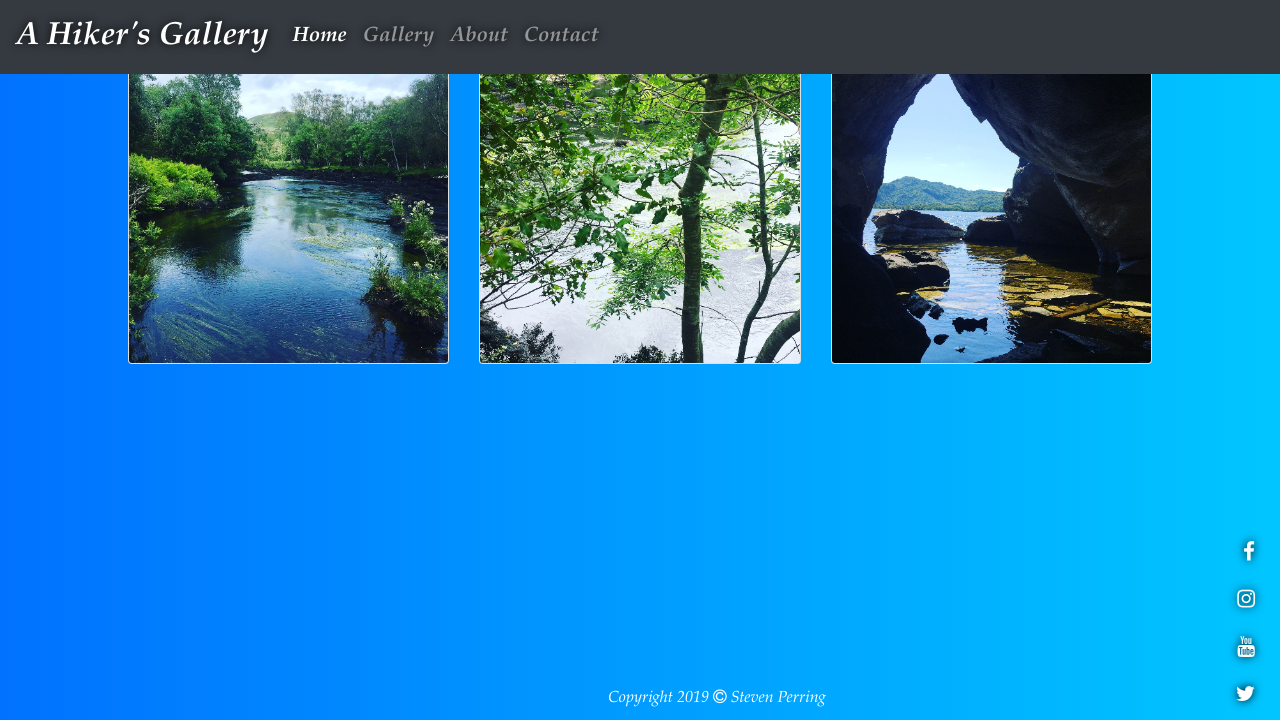
Repository: S-Perring/hiker
Page: gallery.html
The author's editor kept a record of every edit. The page is drawn from the files as they stood at one moment, then again after the next edit.
The browser window is 1280 px wide. The pictures show the whole page.
Some web fonts or font styles are not loaded; a fallback is used.

Above is the page before.

### gallery.html
<!DOCTYPE html>
<html lang="en">
<head>
    <meta charset="UTF-8">
    <meta name="viewport" content="width=device-width, initial-scale=1.0">
    <meta http-equiv="X-UA-Compatible" content="ie=edge">
    <link rel="stylesheet" href="https://stackpath.bootstrapcdn.com/bootstrap/4.3.1/css/bootstrap.min.css" type="text/css" />
    <link rel="stylesheet" href="https://stackpath.bootstrapcdn.com/font-awesome/4.7.0/css/font-awesome.min.css" type="text/css" />
    <link rel="stylesheet" href="https://cdnjs.cloudflare.com/ajax/libs/font-awesome/4.7.0/css/font-awesome.min.css">
    <link rel="stylesheet" href="css/style.css" type="text/css" />
    <title>Hiker's Gallery</title>
</head>

<body>

<header>
  <nav class="navbar fixed-top navbar-expand-sm navbar-dark bg-dark scrolling-navbar">
    <a class="navbar-brand" href="#"><strong>A Hiker's Gallery</strong></a>
    <button class="navbar-toggler" type="button" data-toggle="collapse" data-target="#navbarSupportedContent"
      aria-controls="navbarSupportedContent" aria-expanded="false" aria-label="Toggle navigation">
      <span class="navbar-toggler-icon"></span>
    </button>
    <div class="collapse navbar-collapse" id="navbarSupportedContent">
      <ul class="navbar-nav">
        <li class="nav-item active">
          <a class="nav-link" href="index.html">Home <span class="sr-only">(current)</span></a>
        </li>
        <li class="nav-item">
          <a class="nav-link" href="gallery.html">Gallery</a>
        </li>
        <li class="nav-item">
          <a class="nav-link" href="about.html">About</a>
        </li>
        <li class="nav-item">
          <a class="nav-link" href="contact.html">Contact</a>
        </li>
      </ul>
    </div>
  </nav>

</header>


            <div class="container-gallery">

                <div class="card-deck">

                    <div class="card">
                        <img src="css/images/1.JPG" class="card-img-top"
                            alt="Lighthouse on top of a cliff at sunset">
                        </div>

                    <div class="card">
                        <img src="css/images/2.JPG" class="card-img-top"
                            alt="Cliffs by the sea at sunset with a bright moon">
                        </div>


                    <div class="card">
                        <img src="css/images/3.JPG" class="card-img-top"
                            alt="A tree with no leaves at the side of a lake">
                        </div>






         </div>

<footer class="fixed-bottom">
   <div class="container">
     <ul class="navbar-nav nav-flex-icons">
        <li class="nav-item" id="highlight">
          <a class="nav-link"><i class="fa fa-facebook"></i></a>
        </li>
        <li class="nav-item" id="highlight">
          <a class="nav-link"><i class="fa fa-instagram"></i></a>
        </li>
                <li class="nav-item" id="highlight">
          <a class="nav-link"><i class="fa fa-youtube"></i></a>
        </li>
                </li>
                <li class="nav-item" id="highlight">
          <a class="nav-link"><i class="fa fa-twitter"></i></a>
        </li>
      </ul>
   </div>
      <div class="copyright">Copyright 2019 <i class="fa fa-copyright"></i> Steven Perring</div>
</footer>

    <script src="https://code.jquery.com/jquery-3.3.1.slim.min.js"></script>
    <script src="https://cdnjs.cloudflare.com/ajax/libs/popper.js/1.14.7/umd/popper.min.js"></script>
    <script src="https://stackpath.bootstrapcdn.com/bootstrap/4.3.1/js/bootstrap.min.js"></script>

</body>

</html>

### css/style.css
@import url('https://fonts.googleapis.com/css?family=Garamond:100,200,300,400,500,600,700');


.nav-link {
    font-family: Garamond;
    font-style: italic;
    font-size: 1.3em;
    font-weight: bold;
    text-decoration: none;
}


.main-pic {
    background-image: url(../css/images/main.JPG);
    background-size: cover;
    max-width: 100%;
    height: 100vh;
    padding: 0;
    display: flex;
    align-items: center;
    justify-content: center;
    background-repeat: no-repeat;

}


.navbar-brand {
    font-family: Garamond;
    font-size: 2em;
    font-style: italic;
}

.explore {
    Background-color: rgba(195, 195, 195, 0.4);
    padding: 20%;
    border-radius: 50%;
    font-family: Garamond;
    text-align: center;
    font-style: italic;
    font-size: 2.5em;
    font-weight: bolder;
    color: #4B0082;

}


a {
    text-shadow: 0 0 10px black;
}

footer {
    padding-left: 10px;
    font-family: Garamond;
    font-style: italic;
    color: #fff;
    font-size: 1em;
}

a:hover {
  text-decoration: none;
  color: #fff;
  transition: 1.5s;

}


.icons {
    text-align: center;
}


.copyright {
    display: inline-block;
    margin-bottom: 10px;
    text-align: left;
    width: 60%;
    position: absolute;
    bottom: 0px;

}

#highlight:hover {
  text-decoration: none;
  color: #4B0082;
  cursor: pointer;
}

.container {
    float: right;
    margin: 0;
    width:5%;
    text-align: right;
    margin-right: 10px;

}






.about {
    Background-color: rgba(208, 208, 208, 0.65);
    padding: 10px;
    margin: 15%;
    border-radius: 10%;
    text-align: center;
    color: #4B0082;
    font-family: Garamond;
    font-style: italic;

}




/*------------------- contact form-------------------------*/


body{
    background: -webkit-linear-gradient(left, #0072ff, #00c6ff);

}
.contact-form{
    Background-color: rgba(208, 208, 208, 0.25);
    font-family: Garamond;
    font-style: italic;
    color: #4B0082;
    margin-top: 10%;
    border-radius: 10%;
    margin-bottom: 5%;
    width: 70%;
}
.contact-form .form-control{
    border-radius:1rem;
}

.contact-form form{
    padding: 14%;

}
.contact-form form .row{
    margin-bottom: -7%;

}
.contact-form h3{
    margin-bottom: 8%;
    margin-top: -10%;
    text-align: center;

}
.contact-form .btnContact {
    margin-right: 25%;
    font-family: Garamond;
    font-style: italic;
    border: none;
    border-radius: 1rem;
    padding: 3%;
    background: #4B0082;
    font-weight: 600;
    color: #fff;
    cursor: pointer;
}


.btnContactSubmit{

    color: #fff;
    background-color: #0062cc;
    border: none;
    cursor: pointer;
}

/*------------------- gallery-------------------------*/

.container-gallery {
    margin-top: 5%;
    margin-left: 10%;
    margin-right: 10%;
    font-family: Garamond;
    font-style: italic;
    text-align: center;
    color: #4B0082;
    padding: inherit;


}

.card {
    position: relative;
    float: left;
    width:  300px;
    height: 300px;
    overflow: hidden;



}

After the next edit:
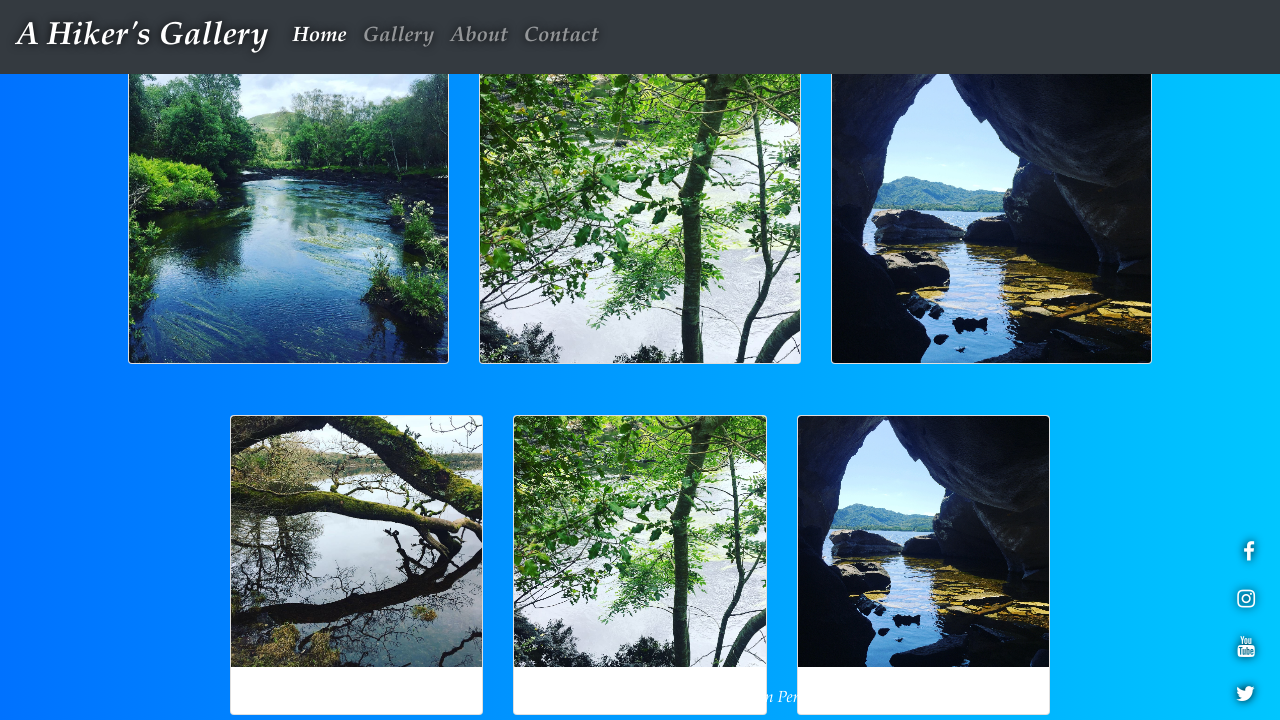
The edit:
--- a/gallery.html
+++ b/gallery.html
@@ -60,13 +60,37 @@
                         <img src="css/images/3.JPG" class="card-img-top"
                             alt="A tree with no leaves at the side of a lake">
                         </div>
+                      </div>
+
+                <div class="container-gallery">
+
+                <div class="card-deck">
+
+                    <div class="card">
+                        <img src="css/images/4.JPG" class="card-img-top"
+                            alt="Lighthouse on top of a cliff at sunset">
+                        </div>
+
+                    <div class="card">
+                        <img src="css/images/2.JPG" class="card-img-top"
+                            alt="Cliffs by the sea at sunset with a bright moon">
+                        </div>
+
+
+                    <div class="card">
+                        <img src="css/images/3.JPG" class="card-img-top"
+                            alt="A tree with no leaves at the side of a lake">
+                        </div>
+                      </div>
 
 
 
 
 
 
-         </div>
+
+
+
 
 <footer class="fixed-bottom">
    <div class="container">
